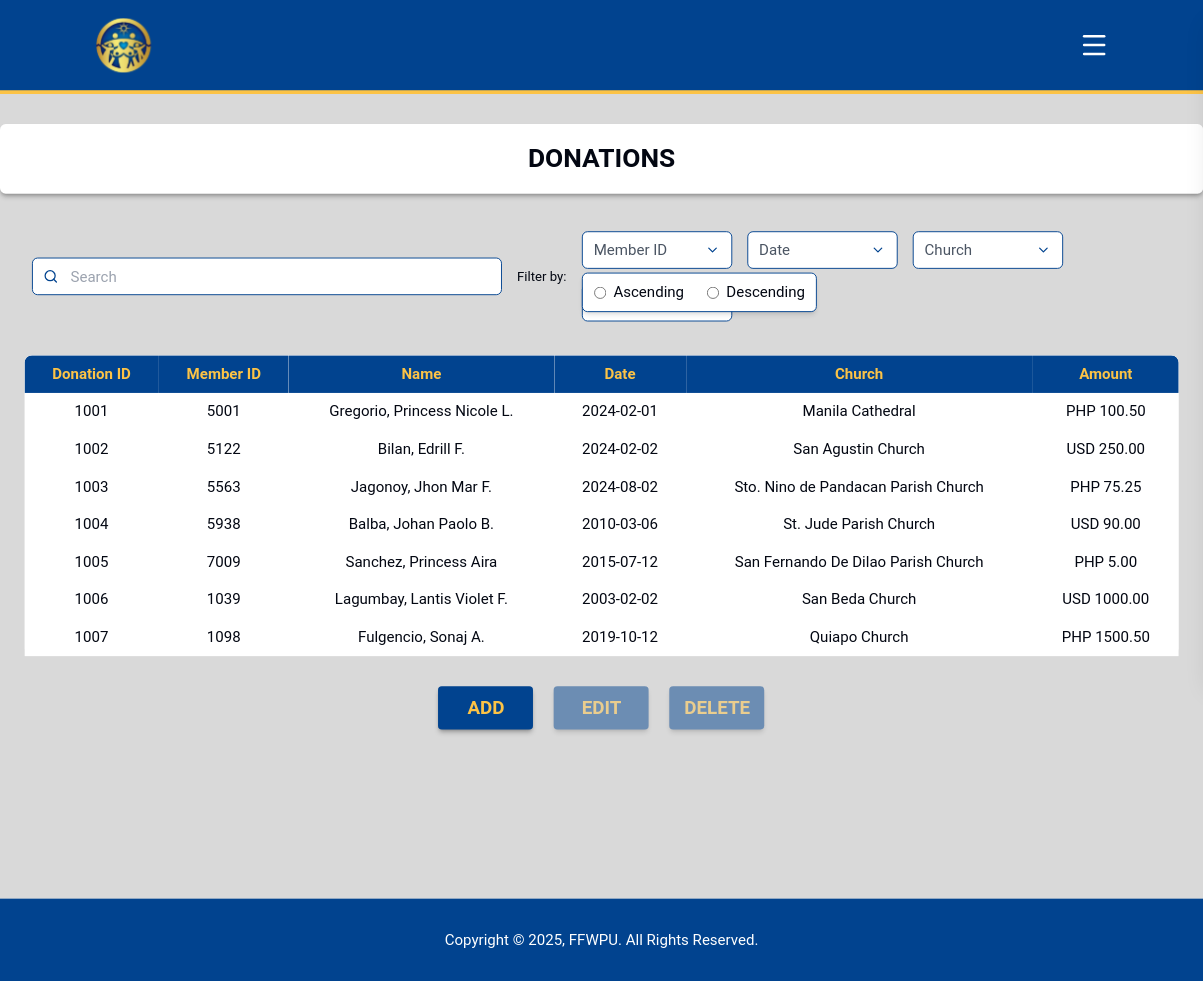
Repository: CoderTofu/FFWPU_System
Page: /donation, after clicking the first element matching `button.w-\[120px\]`
The author's editor kept a copy of each file at every save. The page is drawn from the files as they stood at one save, then again after the next save.
The browser window is 1280 px wide. The pictures show the whole page, at 94% of full size.
The project was rebuilt for these pictures with package versions that can differ from the ones it lists, and the page was loaded fresh each time. The framework's server and built-in components were replaced by stand-ins that run in the browser. Also part of the build but not shown: next.config.ts, src/components/NavbarPublic.tsx, src/components/FooterPublic.tsx, src/lib/utils.ts, src/components/ui/dialog.tsx, src/components/ui/button.tsx, src/components/Modal.tsx.

Above is the page before, as saved 2025-03-07 07:49:33.

### src/app/layout.tsx
import type { Metadata } from "next";
import "./globals.css";
import Preloader from "../components/Preloader";
import LayoutWrapper from "@/components/LayoutWrapper";

export const metadata: Metadata = {
  title: "FFWPU-System",
  description: "Created to help the FFWPU organization",
};

export default function RootLayout({
  children,
}: Readonly<{ children: React.ReactNode }>) {
  return (
    <html lang="en">
      <link rel="icon" href="/icons/ffwpu_icon.svg" sizes="any" />
      <body className="antialiased min-h-screen flex flex-col bg-[#f1f1f1]">
        <Preloader />
        <LayoutWrapper>{children}</LayoutWrapper>
      </body>
    </html>
  );
}

### src/app/globals.css
@tailwind base;
@tailwind components;
@tailwind utilities;

@import url("https://fonts.googleapis.com/css2?family=Roboto:ital,wght@0,100..900;1,100..900&display=swap");

:root {
  --roboto-font: "Roboto", "arial";
}

* {
  font-family: var(--roboto-font);
}



@layer base {
  :root {
    --background: 0 0% 100%;
    --foreground: 224 71.4% 4.1%;
    --card: 0 0% 100%;
    --card-foreground: 224 71.4% 4.1%;
    --popover: 0 0% 100%;
    --popover-foreground: 224 71.4% 4.1%;
    --primary: 220.9 39.3% 11%;
    --primary-foreground: 210 20% 98%;
    --secondary: 220 14.3% 95.9%;
    --secondary-foreground: 220.9 39.3% 11%;
    --muted: 220 14.3% 95.9%;
    --muted-foreground: 220 8.9% 46.1%;
    --accent: 220 14.3% 95.9%;
    --accent-foreground: 220.9 39.3% 11%;
    --destructive: 0 84.2% 60.2%;
    --destructive-foreground: 210 20% 98%;
    --border: 220 13% 91%;
    --input: 220 13% 91%;
    --ring: 224 71.4% 4.1%;
    --chart-1: 12 76% 61%;
    --chart-2: 173 58% 39%;
    --chart-3: 197 37% 24%;
    --chart-4: 43 74% 66%;
    --chart-5: 27 87% 67%;
    --radius: 0.5rem;
  }
  .dark {
    --background: 224 71.4% 4.1%;
    --foreground: 210 20% 98%;
    --card: 224 71.4% 4.1%;
    --card-foreground: 210 20% 98%;
    --popover: 224 71.4% 4.1%;
    --popover-foreground: 210 20% 98%;
    --primary: 210 20% 98%;
    --primary-foreground: 220.9 39.3% 11%;
    --secondary: 215 27.9% 16.9%;
    --secondary-foreground: 210 20% 98%;
    --muted: 215 27.9% 16.9%;
    --muted-foreground: 217.9 10.6% 64.9%;
    --accent: 215 27.9% 16.9%;
    --accent-foreground: 210 20% 98%;
    --destructive: 0 62.8% 30.6%;
    --destructive-foreground: 210 20% 98%;
    --border: 215 27.9% 16.9%;
    --input: 215 27.9% 16.9%;
    --ring: 216 12.2% 83.9%;
    --chart-1: 220 70% 50%;
    --chart-2: 160 60% 45%;
    --chart-3: 30 80% 55%;
    --chart-4: 280 65% 60%;
    --chart-5: 340 75% 55%;
  }
}



@layer base {
  * {
    @apply border-border outline-ring/50;
  }
  body {
    @apply bg-background text-foreground;
  }
}

### src/components/Preloader.tsx
"use client";

import { useState, useEffect } from "react";

export default function Preloader() {
  const [loading, setLoading] = useState(true);

  useEffect(() => {
    const timer = setTimeout(() => {
      setLoading(false);
    }, 1000); // Adjust this time as needed

    return () => clearTimeout(timer);
  }, []);

  if (!loading) return null;

  return (
    <div className="fixed inset-0 z-50 flex items-center justify-center bg-white">
      <div className="h-16 w-16 animate-spin rounded-full border-4 border-solid border-primary border-t-transparent"></div>
    </div>
  );
}

### src/components/LayoutWrapper.tsx
"use client";

import { usePathname } from "next/navigation";
import NavbarPublic from "@/components/navbarPublic";
import NavbarPrivate from "@/components/navbarPrivate";
import FooterPublic from "@/components/footerPublic";
import FooterPrivate from "@/components/footerPrivate";

export default function LayoutWrapper({
  children,
}: {
  children: React.ReactNode;
}) {
  const pathname = usePathname();

  // Define private routes
  const isPublic =
    pathname.startsWith("/about") ||
    pathname.startsWith("/contact") ||
    pathname.startsWith("/login") ||
    pathname.endsWith("/"); // Home page

  return (
    <>
      {isPublic ? <NavbarPublic /> : <NavbarPrivate />}
      <main className="min-h-screen flex-grow">{children}</main>
      {isPublic ? <FooterPublic /> : <FooterPrivate />}
    </>
  );
}

### src/components/Table.tsx
"use client";  // Sabi ni chatgpt need ito hahaha

import React, { useState, useEffect, useRef } from "react";
import { useRouter } from "next/navigation";

interface TableProps {
  data: { [key: string]: any }[];
  columns: { [key in "lg" | "md" | "sm"]: string[] };
  rowDoubleClickPath?: string; // Path where the row should redirect
  onRowSelect?: (row: any | null) => void;
}

const Table: React.FC<TableProps> = ({ data, columns, rowDoubleClickPath, onRowSelect}) => {
  const [tableSize, setTableSize] = useState<"lg" | "md" | "sm">("lg");
  const [selectedRow, setSelectedRow] = useState<number | null>(null);
  const router = useRouter();
  const tableRef = useRef<HTMLDivElement>(null);

  // Automatically update table size based on screen width
  useEffect(() => {
    const updateTableSize = () => {
      const width = window.innerWidth;
      if (width >= 1024) setTableSize("lg");
      else if (width >= 768) setTableSize("md");
      else setTableSize("sm");
    };

    updateTableSize(); // Set initial size
    window.addEventListener("resize", updateTableSize);
    return () => window.removeEventListener("resize", updateTableSize);
  }, []);

  const visibleHeaders = columns[tableSize];

  {/*Handles Single Click Selection*/}
  const handleRowClick = (index: number, row: any) => {
    setSelectedRow(index);
    if (onRowSelect) {
      onRowSelect(row); // Send selected row to parent component
    }
  };

  {/*Handles Clicks Outside Rows to Deselect*/}
  useEffect(() => {
    const handleClickOutside = (event: MouseEvent) => {
      if (tableRef.current && !tableRef.current.contains(event.target as Node)) {
        setSelectedRow(null);
        if (onRowSelect) {
          onRowSelect(null); // Notify parent
        }
      }
    };

    document.addEventListener("click", handleClickOutside);
    return () => document.removeEventListener("click", handleClickOutside);
  }, []);

  {/*Handles Double Click Redirection*/}
  const handleRowDoubleClick = (row: any) => {
    if (rowDoubleClickPath) {
      router.push(`${rowDoubleClickPath}/${row.ID}`); // Redirect with ID in URL
    }
  };

  return (
    <div ref={tableRef} className="overflow-x-auto min-h-[300px] max-h-[450px] overflow-y-auto rounded-lg">
      <table className="min-w-full border-gray-300 bg-white rounded-lg">
        {/* Table Head */}
        <thead className="bg-gray-200 sticky top-0">
          <tr className="bg-[#01438F] text-[#FCC346] cursor-pointer">
            {visibleHeaders.map((header) => (
              <th key={header} className="px-4 py-2 text-center top-0">
                {header}
              </th>
            ))}
          </tr>
        </thead>

        {/* Table Body */}
        <tbody>
          {data.map((row, index) => (
            <tr key={index} className={`cursor-pointer transition
              ${selectedRow === index ? "bg-[#E7E6E6]" : "hover:bg-[#E7E6E6]"}`}
            onClick={() => handleRowClick(index, row)}
            onDoubleClick={() => handleRowDoubleClick(row)}>
              {visibleHeaders.map((header) => (
                <td key={header} className="px-4 py-2 text-center">
                  {row[header] ?? "-"}
                </td>
              ))}
            </tr>
          ))}
        </tbody>
      </table>
    </div>
  );
};

export default Table;

### src/components/DonationModals.tsx
// DonationModals.tsx
"use client";
import { useRef, useEffect, useState } from "react";
import { ChevronDown, Search } from "lucide-react";

interface DataItem {
  "Donation ID": number;
  "Member ID": number;
  Name: string;
  Date: string;
  Church: string;
  Amount: string;
}

interface FilterDropdownProps {
  handleSort: (key: keyof DataItem, order: "asc" | "desc" | "USD" | "PHP" | "ALL") => void;
  selectedCurrency: string | null;
  setSelectedCurrency: (currency: string | null) => void;
  openSortDropdown: string | null;
  openCurrencyDropdown: boolean;
  toggleSortDropdown: (dropdown: string | null) => void;
  setOpenCurrencyDropdown: (open: boolean) => void;
}

export default function DonationModals({
  handleSort,
  selectedCurrency,
  setSelectedCurrency,
  openSortDropdown,
  openCurrencyDropdown,
  toggleSortDropdown,
  setOpenCurrencyDropdown,
}: FilterDropdownProps) {
  const dropdownRef = useRef<HTMLDivElement>(null);
  const [selectedFilters, setSelectedFilters] = useState<{ [key: string]: string }>({});

  useEffect(() => {
    const handleClickOutside = (event: MouseEvent) => {
      if (dropdownRef.current && !dropdownRef.current.contains(event.target as Node)) {
        toggleSortDropdown(null);
        setOpenCurrencyDropdown(false);
      }
    };
    document.addEventListener("mousedown", handleClickOutside);
    return () => document.removeEventListener("mousedown", handleClickOutside);
  }, [toggleSortDropdown, setOpenCurrencyDropdown]);

  const filterKeyMap: { [key: string]: keyof DataItem } = {
    "Member ID": "Member ID",
    Date: "Date",
    Church: "Church",
    Amount: "Amount",
  };

  return (
    <div className="flex items-center gap-4 w-full sm:flex-nowrap">
      <div className="relative flex-shrink-0 flex-grow min-w-[250px] sm:w-[300px] md:w-[350px] lg:w-[500px]">
        <Search className="absolute left-3 top-1/2 transform -translate-y-1/2 w-4 h-4 text-[#01438F]" />
        <input
          className="w-full h-10 pl-10 border border-[#01438F] rounded-md outline-none"
          type="text"
          placeholder="Search"
        />
      </div>

      <span className="text-[14px] flex-none">Filter by:</span>

      <div ref={dropdownRef} className="flex flex-wrap items-center gap-4 w-full sm:w-auto">
        {["Member ID", "Date", "Church"].map((filter) => (
          <div key={filter} className="relative">
            <button
              onClick={() => toggleSortDropdown(openSortDropdown === filter ? null : filter)}
              className="w-[120px] md:w-[140px] lg:w-[160px] h-10 border border-[#01438F] rounded-md px-3 outline-none bg-white text-gray-600 flex justify-between items-center"
            >
              {filter}
              <ChevronDown className="w-4 h-4 text-[#01438F]" />
            </button>

            {openSortDropdown === filter && (
              <div className="flex items-center justify-start sm:w-auto absolute mt-1 w-full bg-white border border-[#01438F] rounded-md shadow-md z-10">
                <label className="flex items-center px-3 py-2 hover:bg-gray-200 hover:rounded-sm">
                  <input
                    type="radio"
                    name={filter}
                    className="mr-2"
                    checked={selectedFilters[filter] === "Ascending"}
                    onChange={() => {
                      setSelectedFilters({ ...selectedFilters, [filter]: "Ascending" });
                      handleSort(filterKeyMap[filter], "asc");
                      toggleSortDropdown(null);
                    }}
                  />
                  Ascending
                </label>
                <label className="flex items-center px-3 py-2 hover:bg-gray-200 hover:rounded-sm">
                  <input
                    type="radio"
                    name={filter}
                    className="mr-2"
                    checked={selectedFilters[filter] === "Descending"}
                    onChange={() => {
                      setSelectedFilters({ ...selectedFilters, [filter]: "Descending" });
                      handleSort(filterKeyMap[filter], "desc");
                      toggleSortDropdown(null);
                    }}
                  />
                  Descending
                </label>
              </div>
            )}
          </div>
        ))}

        <div className="relative">
          <button
            onClick={() => setOpenCurrencyDropdown(!openCurrencyDropdown)}
            className="w-[120px] md:w-[140px] lg:w-[160px] h-10 border border-[#01438F] rounded-md px-3 outline-none bg-white text-gray-600 flex justify-between items-center"
          >
            Amount
            <ChevronDown className="w-4 h-4 text-[#01438F]" />
          </button>

          {openCurrencyDropdown && (
            <div className="absolute mt-1 w-full bg-white border border-[#01438F] rounded-md shadow-md z-10">
              <label className="flex items-center px-3 py-2 hover:bg-gray-200 hover:rounded-sm">
                <input
                  type="radio"
                  name="currency"
                  className="mr-2"
                  checked={selectedCurrency === null}
                  onChange={() => {
                    setSelectedCurrency(null);
                    handleSort("Amount", "ALL");
                    setOpenCurrencyDropdown(false);
                  }}
                />
                ALL
              </label>

              <label className="flex items-center px-3 py-2 hover:bg-gray-200 hover:rounded-sm">
                <input
                  type="radio"
                  name="currency"
                  className="mr-2"
                  checked={selectedCurrency === "USD"}
                  onChange={() => {
                    setSelectedCurrency("USD");
                    handleSort("Amount", "USD");
                    setOpenCurrencyDropdown(false);
                  }}
                />
                USD
              </label>

              <label className="flex items-center px-3 py-2 hover:bg-gray-200 hover:rounded-sm">
                <input
                  type="radio"
                  name="currency"
                  className="mr-2"
                  checked={selectedCurrency === "PHP"}
                  onChange={() => {
                    setSelectedCurrency("PHP");
                    handleSort("Amount", "PHP");
                    setOpenCurrencyDropdown(false);
                  }}
                />
                PHP
              </label>
            </div>
          )}
        </div>
      </div>
    </div>
  );
}

### src/components/NavbarPrivate.tsx
/* eslint-disable @next/next/no-img-element */
"use client";

import { useState, useEffect } from "react";
import { Menu, X, ArrowRight, CircleUserRound } from "lucide-react"; // Added more icons

export default function NavbarPublic() {
  const [isSidebarOpen, setIsSidebarOpen] = useState(false);

  // Prevent scrolling when sidebar is open
  useEffect(() => {
    if (isSidebarOpen) {
      document.body.style.overflow = "hidden";
    } else {
      document.body.style.overflow = "unset";
    }
    return () => {
      document.body.style.overflow = "unset";
    };
  }, [isSidebarOpen]);

  const navItems = [
    { name: "Member Information", href: "/member" },
    { name: "Worship Event", href: "/worship" },
    { name: "Blessings Management", href: "/blessing" },
    { name: "Donations", href: "/donation" },
    { name: "Reporting", href: "/reporting" },
    { name: "CMS", href: "/cms" },
  ];

  return (
    <div className="bg-[#01438F] border-b-4 border-[#FCC346] text-white p-4 px-[100px] min-h-[100px] flex justify-between items-center">
      {/* Logo */}
      <div className="flex gap-4 items-center">
        <a href={"/"}>
          <img
            src="/icons/ffwpu_icon.svg"
            className="h-full w-auto"
            alt="Site Icon"
          />
        </a>
      </div>

      {/* Mobile Menu Button */}
      <button
        className="transition-transform duration-200 ease-in-out hover:scale-110"
        onClick={() => setIsSidebarOpen(true)}
      >
        <Menu className="w-8 h-8" />
      </button>

      {/* Sidebar (Mobile Navigation) */}
      <div
        className={`z-50 fixed top-0 right-0 w-64 h-full ${
          isSidebarOpen ? "translate-x-0" : "translate-x-full"
        } bg-[#01438F] shadow-xl p-6 flex flex-col gap-6 text-lg transition-all duration-300 border-yellow-400 border-l-8`}
      >
        <div className="flex justify-between items-center mb-8">
          <h2 className="text-2xl font-bold text-yellow-400">FFWPU</h2>
          <button
            className="transition-transform duration-200 ease-in-out hover:scale-110 hover:rotate-90"
            onClick={() => setIsSidebarOpen(false)}
          >
            <X className="w-8 h-8" />
          </button>
        </div>

        <div className="flex flex-col justify-center items-center">
          <CircleUserRound className="w-28 h-28" />
          <h3 className="mt-1 text-xl font-light italic text-center">
            Welcome, <br />
            Admin!
          </h3>
        </div>

        {navItems.map((item, index) => (
          <a
            key={item.name + index}
            className="flex items-center hover:bg-blue-700 p-2 rounded-md transition-all duration-200 hover:translate-x-2 text-base"
            href={item.href}
            onClick={() => setIsSidebarOpen(false)}
          >
            {item.name}
          </a>
        ))}

        <a
          href={"/"}
          className="mt-auto transition-all duration-200 hover:scale-110 justify-center items-center flex "
        >
          <ArrowRight className="w-12 h-12" />
        </a>
      </div>

      {/* Overlay */}
      {isSidebarOpen && (
        <div
          className="fixed inset-0 bg-black bg-opacity-50 z-40 transition-opacity duration-300 ease-in-out"
          onClick={() => setIsSidebarOpen(false)}
        />
      )}
    </div>
  );
}

### src/components/FooterPrivate.tsx
export default function FooterPrivate() {
  return (
    <div className="bg-[#01438F] text-white p-8 text-center">
      Copyright © 2025, FFWPU. All Rights Reserved.
    </div>
  );
}

### tailwind.config.ts
import type { Config } from "tailwindcss";

export default {
    darkMode: ["class"],
    content: [
    "./src/pages/**/*.{js,ts,jsx,tsx,mdx}",
    "./src/components/**/*.{js,ts,jsx,tsx,mdx}",
    "./src/app/**/*.{js,ts,jsx,tsx,mdx}",
    "./src/components/*.{js,ts,jsx,tsx,mdx}",
  ],
  theme: {
  	extend: {
  		borderRadius: {
  			lg: 'var(--radius)',
  			md: 'calc(var(--radius) - 2px)',
  			sm: 'calc(var(--radius) - 4px)'
  		},
  		colors: {
  			background: 'hsl(var(--background))',
  			foreground: 'hsl(var(--foreground))',
  			card: {
  				DEFAULT: 'hsl(var(--card))',
  				foreground: 'hsl(var(--card-foreground))'
  			},
  			popover: {
  				DEFAULT: 'hsl(var(--popover))',
  				foreground: 'hsl(var(--popover-foreground))'
  			},
  			primary: {
  				DEFAULT: 'hsl(var(--primary))',
  				foreground: 'hsl(var(--primary-foreground))'
  			},
  			secondary: {
  				DEFAULT: 'hsl(var(--secondary))',
  				foreground: 'hsl(var(--secondary-foreground))'
  			},
  			muted: {
  				DEFAULT: 'hsl(var(--muted))',
  				foreground: 'hsl(var(--muted-foreground))'
  			},
  			accent: {
  				DEFAULT: 'hsl(var(--accent))',
  				foreground: 'hsl(var(--accent-foreground))'
  			},
  			destructive: {
  				DEFAULT: 'hsl(var(--destructive))',
  				foreground: 'hsl(var(--destructive-foreground))'
  			},
  			border: 'hsl(var(--border))',
  			input: 'hsl(var(--input))',
  			ring: 'hsl(var(--ring))',
  			chart: {
  				'1': 'hsl(var(--chart-1))',
  				'2': 'hsl(var(--chart-2))',
  				'3': 'hsl(var(--chart-3))',
  				'4': 'hsl(var(--chart-4))',
  				'5': 'hsl(var(--chart-5))'
  			}
  		}
  	}
  },
  plugins: [require("tailwindcss-animate")],
} satisfies Config;

Loaded but not shown: src/app/(private)/donation/page.tsx (178 lines, source omitted)

After the next save:
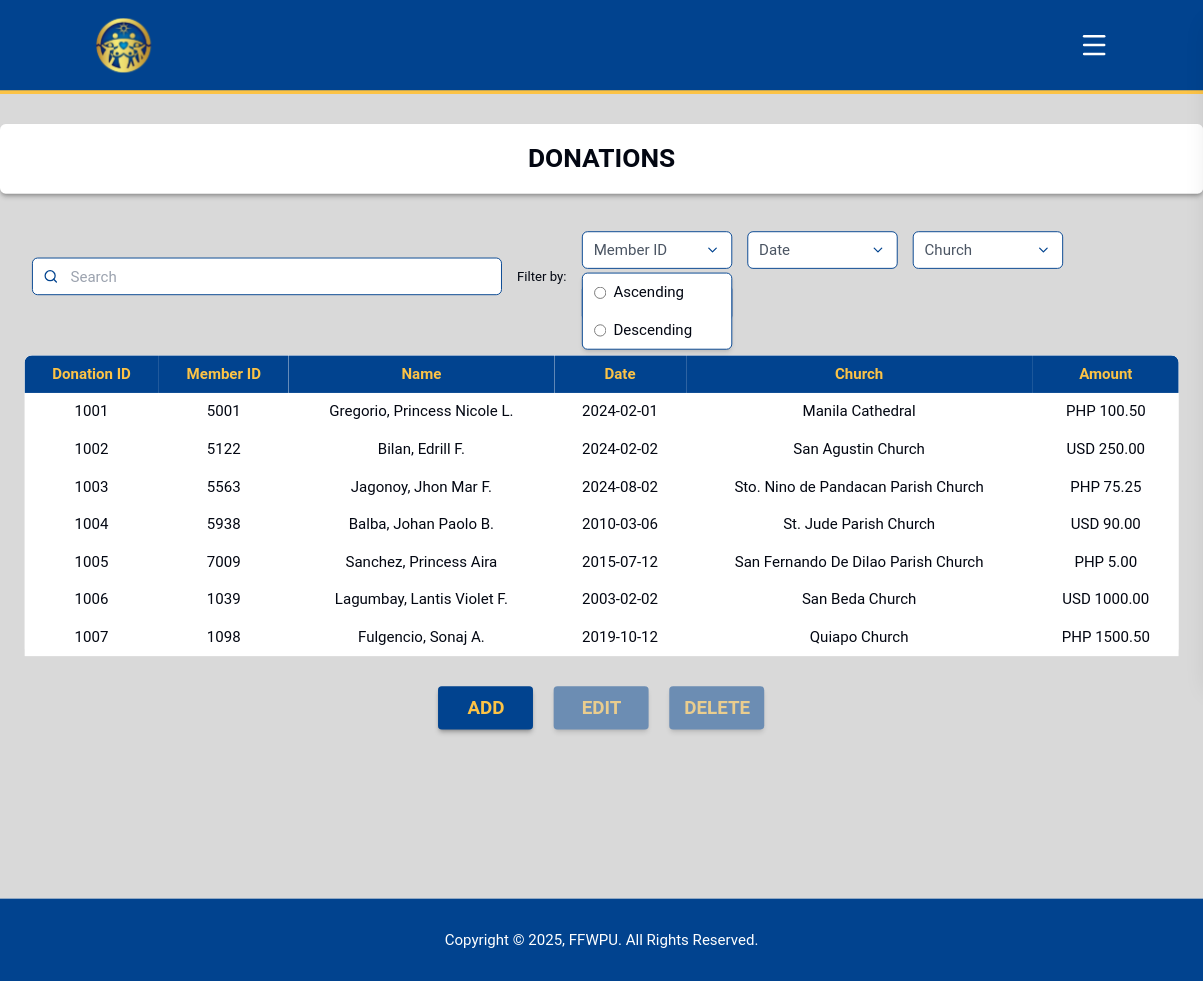
Saved 11 s later.
--- a/src/components/DonationModals.tsx
+++ b/src/components/DonationModals.tsx
@@ -77,7 +77,7 @@ export default function DonationModals({
             </button>
 
             {openSortDropdown === filter && (
-              <div className="flex items-center justify-start sm:w-auto absolute mt-1 w-full bg-white border border-[#01438F] rounded-md shadow-md z-10">
+              <div className="absolute mt-1 w-full bg-white border border-[#01438F] rounded-md shadow-md z-10">
                 <label className="flex items-center px-3 py-2 hover:bg-gray-200 hover:rounded-sm">
                   <input
                     type="radio"
